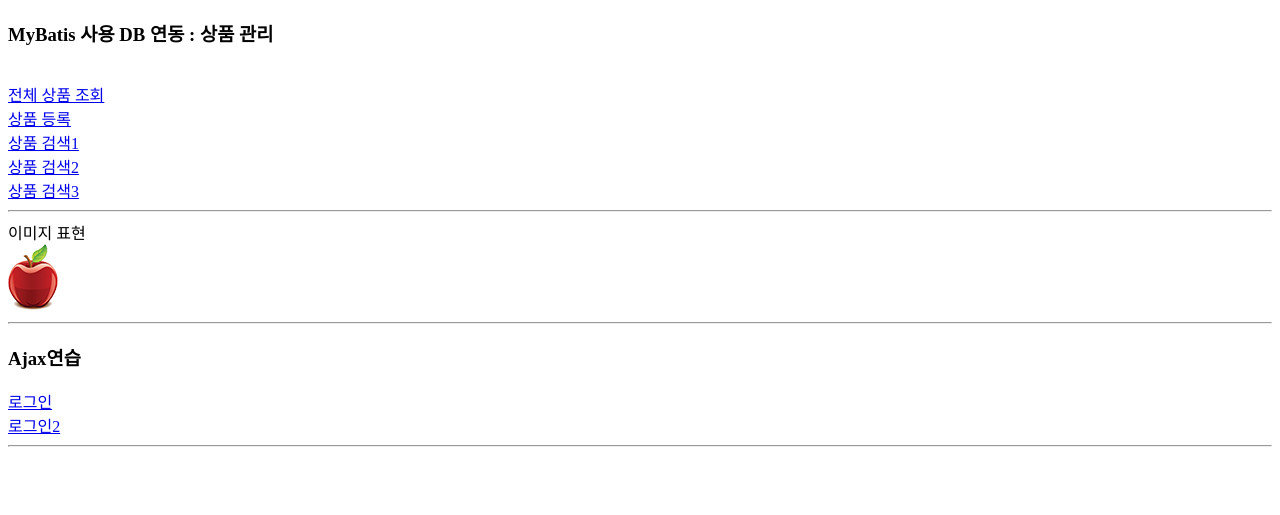
Repository: dddo3421/springBoot
Page: http://localhost/spring_boot_mybatis/WEB-INF/views/index.jsp
An editor plug-in stored every save of this project. The page is shown before and after a run of saves, followed by the edit.
The browser window is 1280 px wide. The pictures show the whole page.
The page is served by Tomcat 10. Nobody is signed in. Other server files are loaded and not shown. The template is opened directly, without the code that normally fills it, so the values that code supplies are empty.

Above is the page before, as saved 2025-09-30 01:46:15.

### spring_boot_mybatis/src/main/webapp/WEB-INF/views/index.jsp
<%@ page language="java" contentType="text/html; charset=UTF-8"
    pageEncoding="UTF-8"%>
<%@ taglib uri="http://java.sun.com/jsp/jstl/core" prefix="c" %>
<!DOCTYPE html>
<html>
	<head>
		<meta charset="UTF-8">
		<title>index 페이지</title>
	</head>
	<body>
		<h3>MyBatis 사용 DB 연동 : 상품 관리</h3><br>

		<a href="<c:url value='/product/listAllProduct'/>">전체 상품 조회</a><br>
		<a href="<c:url value='/product/newProductForm'/>">상품 등록</a><br>
		<a href="<c:url value='/product/productSearchForm1'/>">상품 검색1</a><br>
		<a href="<c:url value='/product/productSearchForm2'/>">상품 검색2</a><br>
		<a href="<c:url value='/product/productSearchForm3'/>">상품 검색3</a><br>
		<hr>
		이미지 표현<br>
		<img src="<c:url value='/image/apple.png'/>" /><br>
		<hr>
		<h3>Ajax연습</h3>
		<a href="<c:url value='/loginForm'/>">로그인</a><br>
		<a href="<c:url value='/loginForm2'/>">로그인2</a><br>
		<hr>




</body>
</html>

After the next 3 saves:
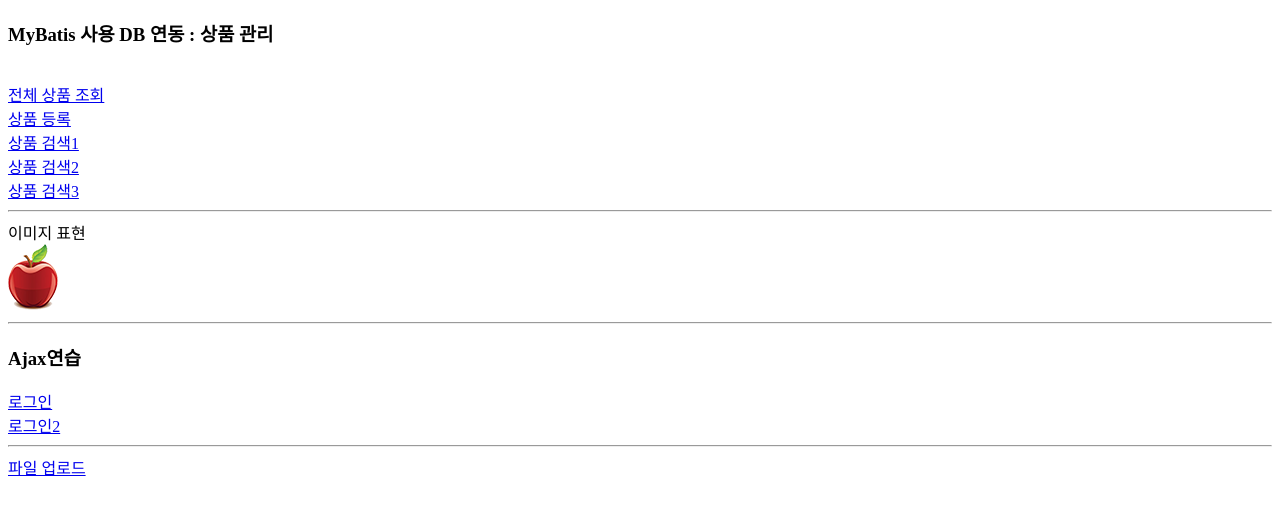
The 3 saves are shown as one change because they came seconds apart.
The last was saved 15 s later.
--- a/spring_boot_mybatis/src/main/webapp/WEB-INF/views/index.jsp
+++ b/spring_boot_mybatis/src/main/webapp/WEB-INF/views/index.jsp
@@ -22,8 +22,9 @@
 		<h3>Ajax연습</h3>
 		<a href="<c:url value='/loginForm'/>">로그인</a><br>
 		<a href="<c:url value='/loginForm2'/>">로그인2</a><br>
+
 		<hr>
-
+		<a href="<c:url value='/loginForm'/>">파일 업로드</a><br>
 
 
 
